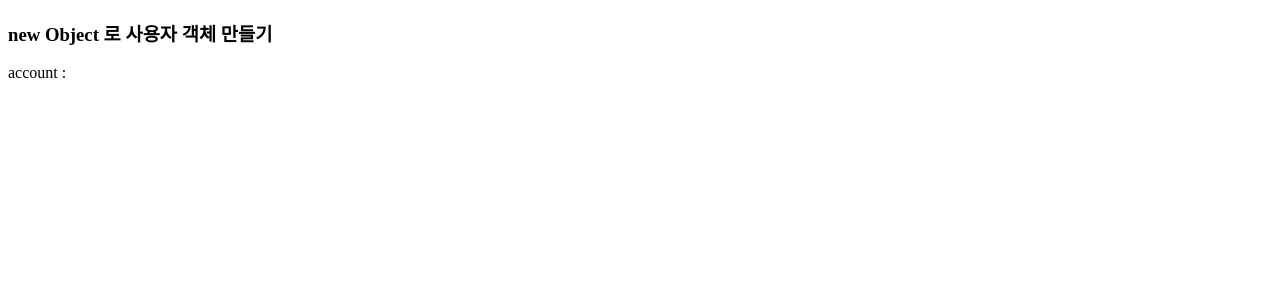
Repository: luna2222/web
Page: 02.JavaScript/WebContent/chap2/02_09.html
These files come from the project's save history. The page is drawn as it stood at one moment and after the next save; the edit follows.
The browser window is 1280 px wide. The pictures show the whole page.

Above is the page before, as saved 2019-02-22 07:28:22.
Console error: SyntaxError: Unexpected token '.'

After the next save:
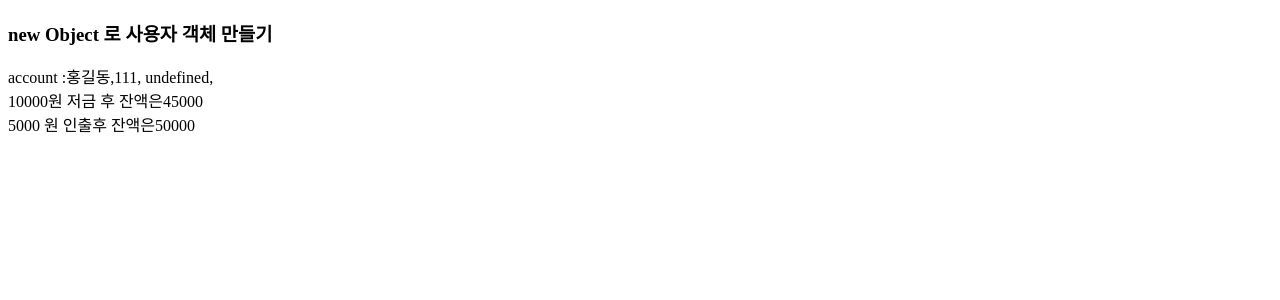
The error is gone.
Saved 35 s later.
--- a/02.JavaScript/WebContent/chap2/02_09.html
+++ b/02.JavaScript/WebContent/chap2/02_09.html
@@ -14,7 +14,7 @@
 	//this .balance는 객체의 balance프로퍼티
 	}
    //사용자 객채 만들기
-   var account.new Object();
+   var account=new Object();
     account.owner ="홍길동"; //계좌 주인 프로퍼티 생성 및 초기화
     account.code="111";// 코드 크로퍼티 갱성및 초기화
     account.balance=35000;// 잔액 프로퍼티 생성 및 초기화
